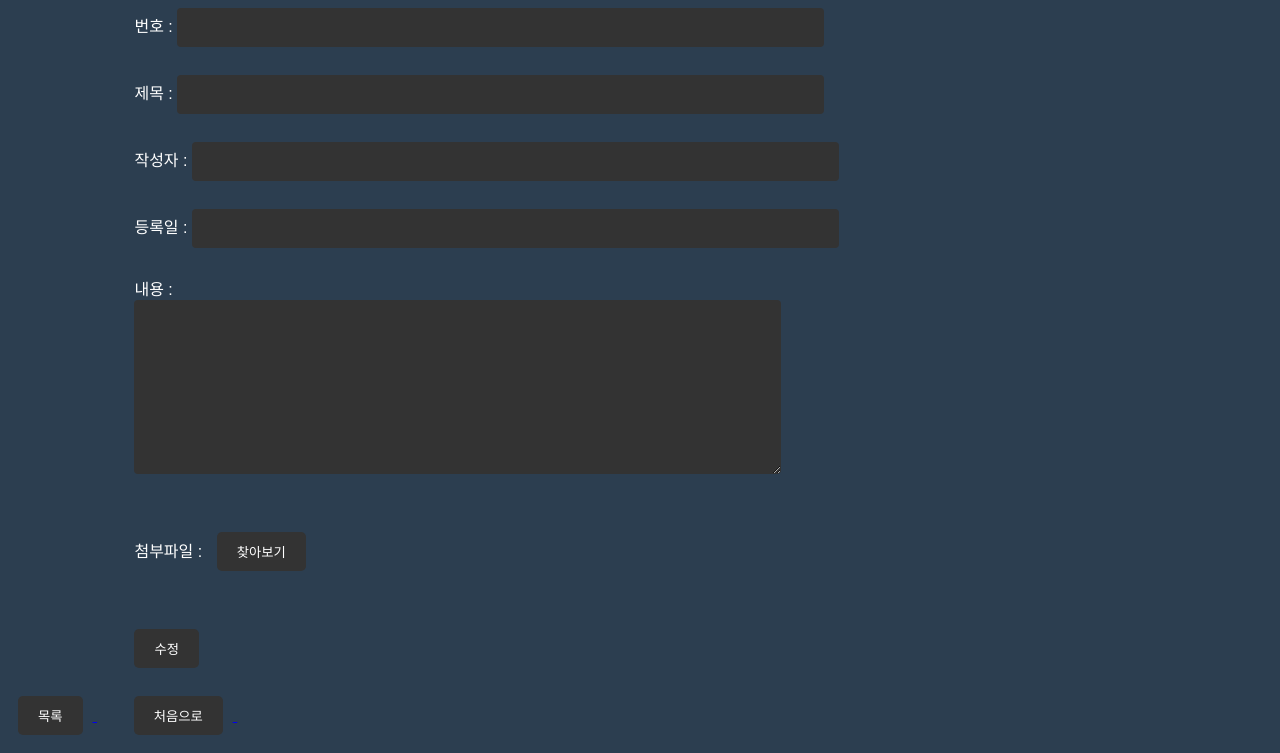
Repository: bbqju13/simai
Page: http://localhost/zip/WEB-INF/views/board/modify.jsp
The author's editor kept a copy of each file at every save. The page is drawn from the files as they stood at one save, then again after the next save.
The browser window is 1280 px wide. The pictures show the whole page.
The page is served by Tomcat 9. Nobody is signed in. The template is opened directly, without the code that normally fills it, so the values that code supplies are empty.

Above is the page before, as saved 2023-06-20 01:29:08.

After the next save:
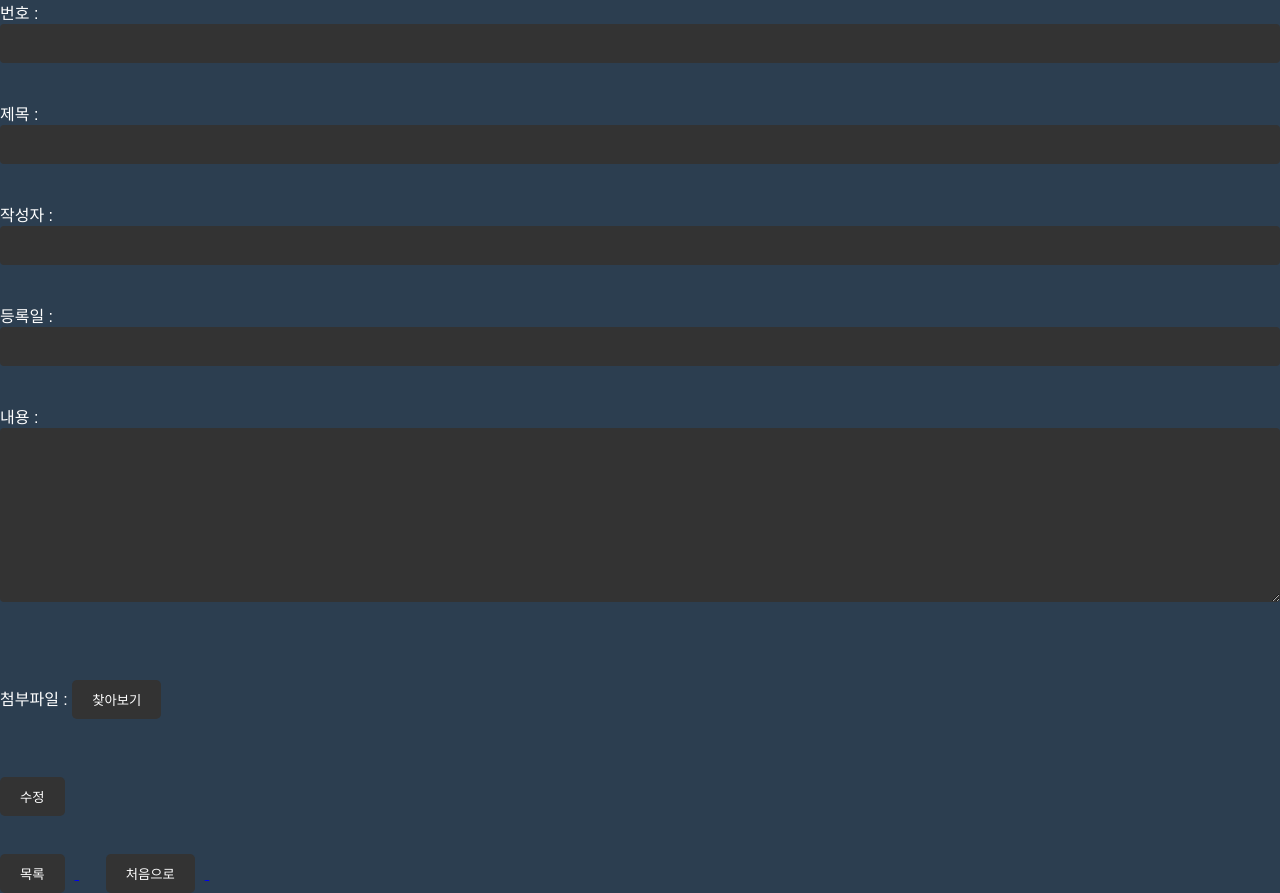
Saved 43 s later.
--- a/zip/src/main/webapp/resources/css/modify.css
+++ b/zip/src/main/webapp/resources/css/modify.css
@@ -1,45 +1,51 @@
 @charset "UTF-8";
 
 body {
-	background-color: #2c3e50;
-	color: #fff;
-	font-family: Arial, sans-serif;
+    background-color: #2c3e50;
+    color: #fff;
+    font-family: Arial, sans-serif;
+    margin: 0;
+    padding: 0;
+    box-sizing: border-box;
 }
 
-form {
-	width: 80%;
-	margin: 0 auto;
+.container {
+    width: 80%;
+    margin: 0 auto;
+    padding: 20px;
 }
 
 input[type="text"], textarea {
-	background-color: #333;
-	color: #fff;
-	border: none;
-	border-radius: 4px;
-	padding: 12px 20px;
-	width: 60%;
-	margin-bottom: 10px;
+    background-color: #333;
+    color: #fff;
+    border: none;
+    border-radius: 4px;
+    padding: 12px 20px;
+    width: 100%;
+    margin-bottom: 20px;
+    box-sizing: border-box;
 }
 
 button, #regBtn {
-	background-color: #333;
-	color: #fff;
-	border: none;
-	border-radius: 5px;
-	padding: 10px 20px;
-	margin-top: 10px;
+    background-color: #333;
+    color: #fff;
+    border: none;
+    border-radius: 5px;
+    padding: 10px 20px;
+    margin-top: 20px;
+    transition: 0.3s;
 }
 
 button:hover, #regBtn:hover {
-	background-color: #fff;
-	color: #000;
-	cursor: pointer;
+    background-color: #fff;
+    color: #000;
+    cursor: pointer;
 }
 
 button[type="button"] {
-	margin: 10px;
+    margin-right: 10px;
 }
 
 #fileZone {
-	margin-top: 20px;
+    margin-top: 20px;
 }
